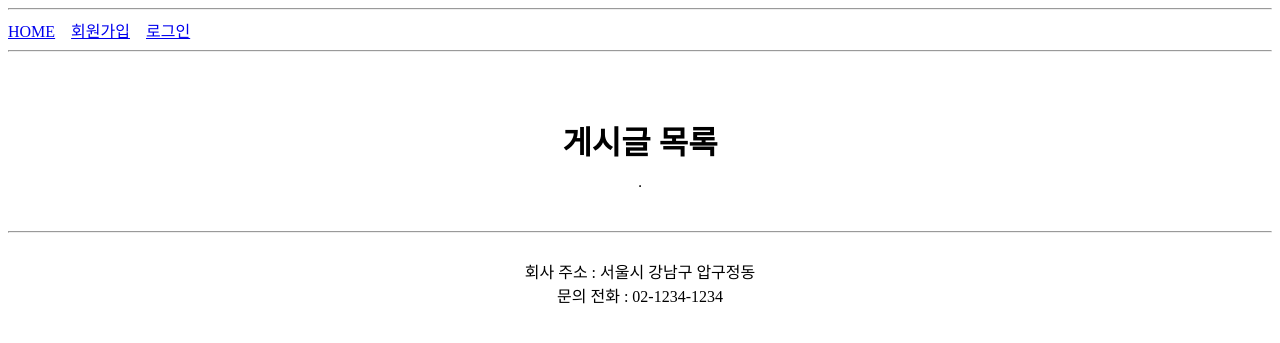
Repository: serim53/JSPStudy
Page: http://localhost/BoardWeb_JSP_/WEB-INF/board/getBoardList.jsp
The author's editor kept a copy of each file at every save. The page is drawn from the files as they stood at one save, then again after the next save.
The browser window is 1280 px wide. The pictures show the whole page.
The page is served by Tomcat 10. Nobody is signed in. The template is opened directly, without the code that normally fills it, so the values that code supplies are empty.

Above is the page before, as saved 2025-07-10 04:51:34.

After the next save:
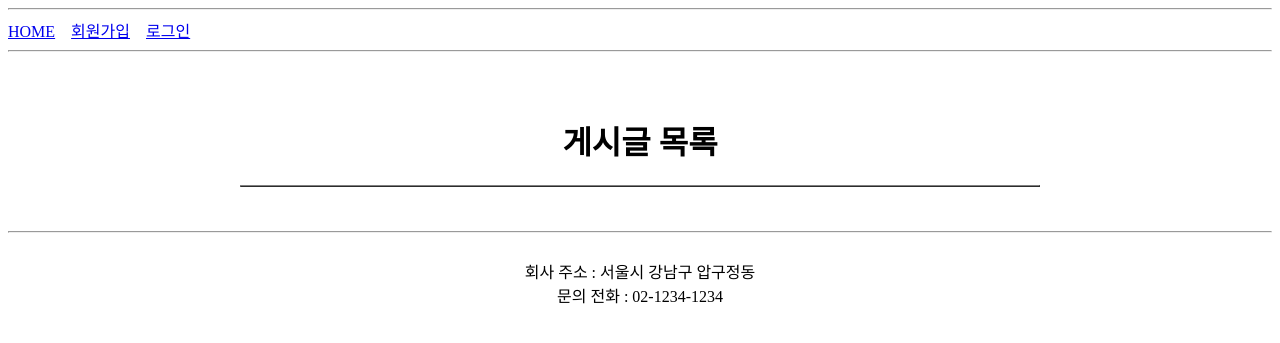
Saved 109 s later.
--- a/BoardWeb(JSP)/src/main/webapp/WEB-INF/board/getBoardList.jsp
+++ b/BoardWeb(JSP)/src/main/webapp/WEB-INF/board/getBoardList.jsp
@@ -18,8 +18,16 @@
 %>
 <center>
 <h1>게시글 목록</h1>
-<table border="1" cellpadding="0" cellspacing="0">
-
+<table border="1" cellpadding="0" cellspacing="0" width="800">
+<%
+	for(BoardVO board : boardList) {
+%>
+	<tr>
+		<td></td>
+	</tr>
+<%
+	}
+%>
 </table>
 </center>
 </body>
